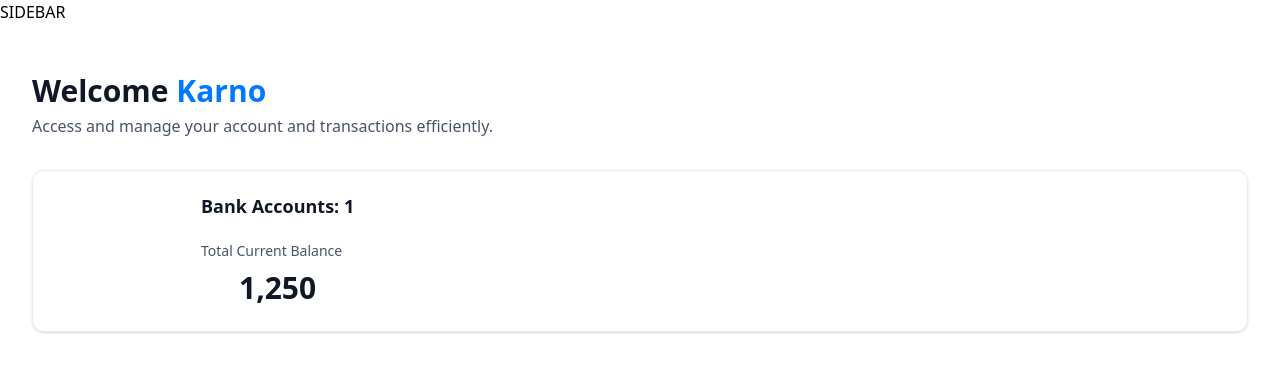
Repository: KarnoSarker/Banking
Page: /
These files come from the project's save history. The page is drawn as it stood at one moment and after the next save; the edit follows.
The browser window is 1280 px wide. The pictures show the whole page.
The project was rebuilt for these pictures with package versions that can differ from the ones it lists, and the page was loaded fresh each time. The framework's server and built-in components were replaced by stand-ins that run in the browser. Also part of the build but not shown: next.config.mjs.

Above is the page before, as saved 2024-05-14 13:51:57.

After the next save:
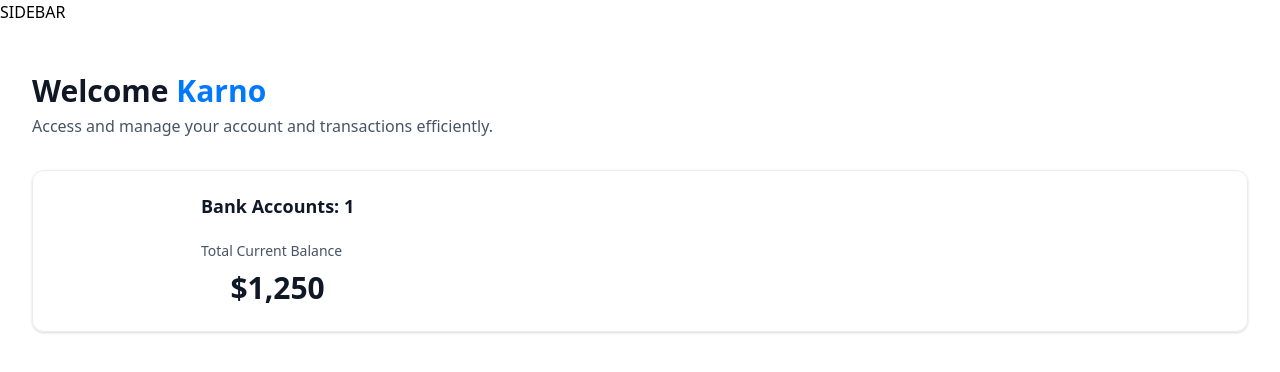
Saved 79 s later.
--- a/components/AnimatedCounter.tsx
+++ b/components/AnimatedCounter.tsx
@@ -4,7 +4,7 @@ import CountUp from 'react-countup';
 const AnimatedCounter = ({ amount }: { amount: number }) => {
   return (
     <div>
-      <CountUp end={amount} />
+      <CountUp decimal=',' prefix='$' end={amount} />
     </div>
   );
 };
